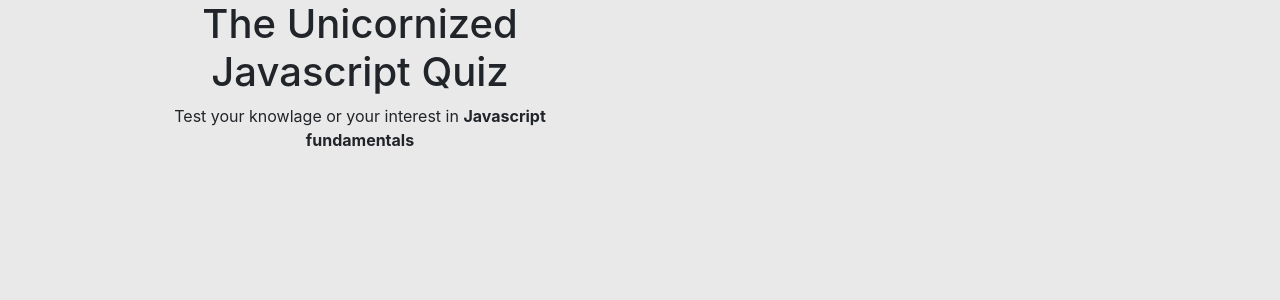
Repository: CharlotteAneriksson/donutQuiz
Page: index.html
The author's editor kept a record of every edit. The page is drawn from the files as they stood at one moment, then again after the next edit.
The browser window is 1280 px wide. The pictures show the whole page.

Above is the page before.

After the next edit:
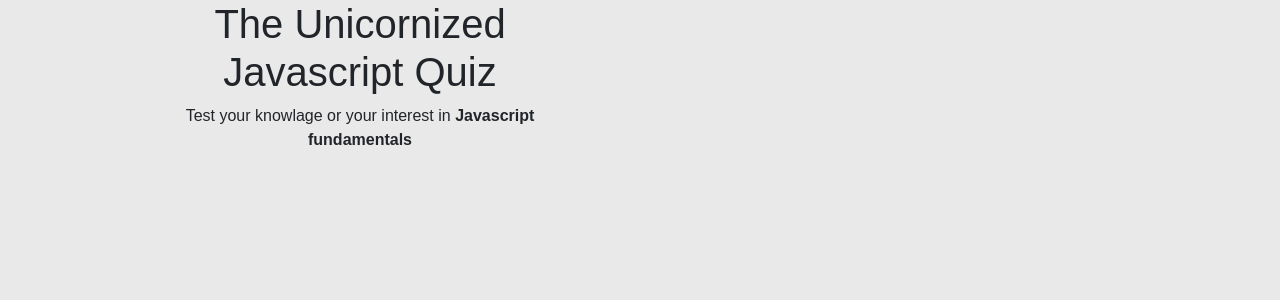
The edit:
--- a/css/style.css
+++ b/css/style.css
@@ -3,6 +3,7 @@
     padding: 0;
     width:100vh;
     background-color:#e9e9e9;
+    font-family: 'Roboto Mono', sans-serif ;
 }
 
 .container{
